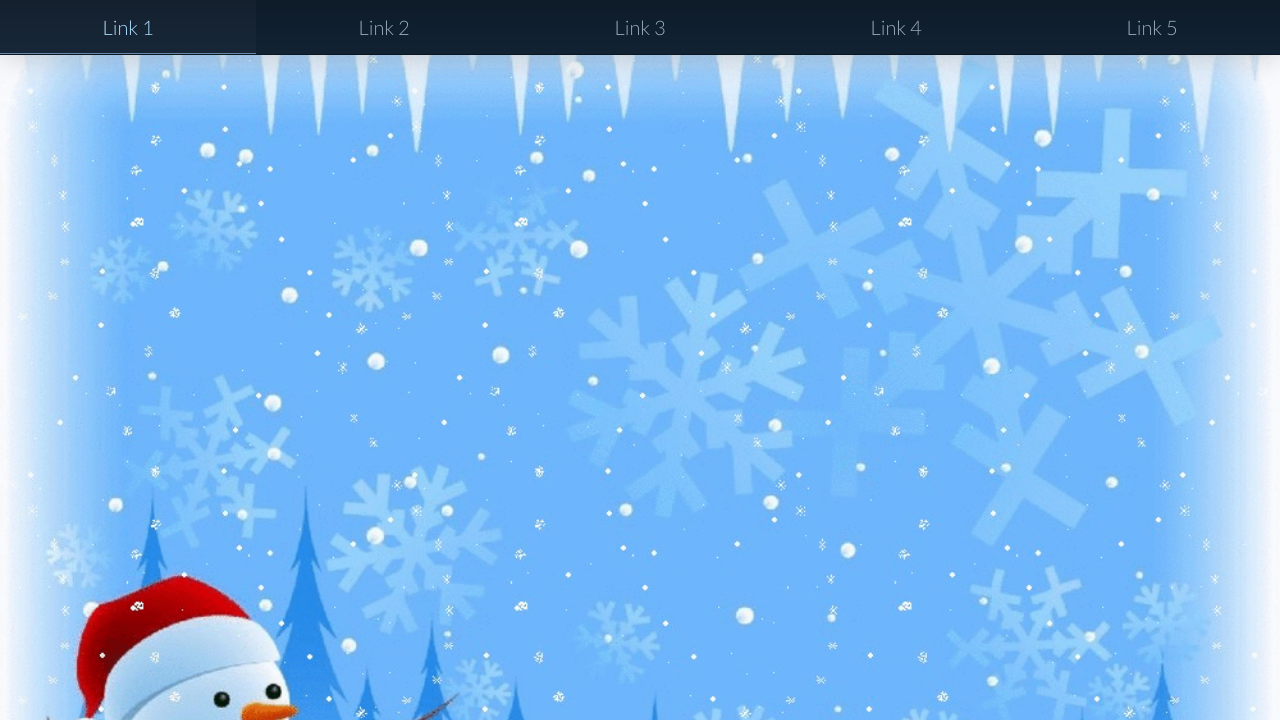
Repository: imranjukic/interni-hakaton
Page: index.html
An editor plug-in stored every save of this project. The page is shown before and after the next save, followed by the edit.
The browser window is 1280 px wide. The pictures show the whole page.

Above is the page before, as saved 2019-11-10 00:41:16.

After the next save:
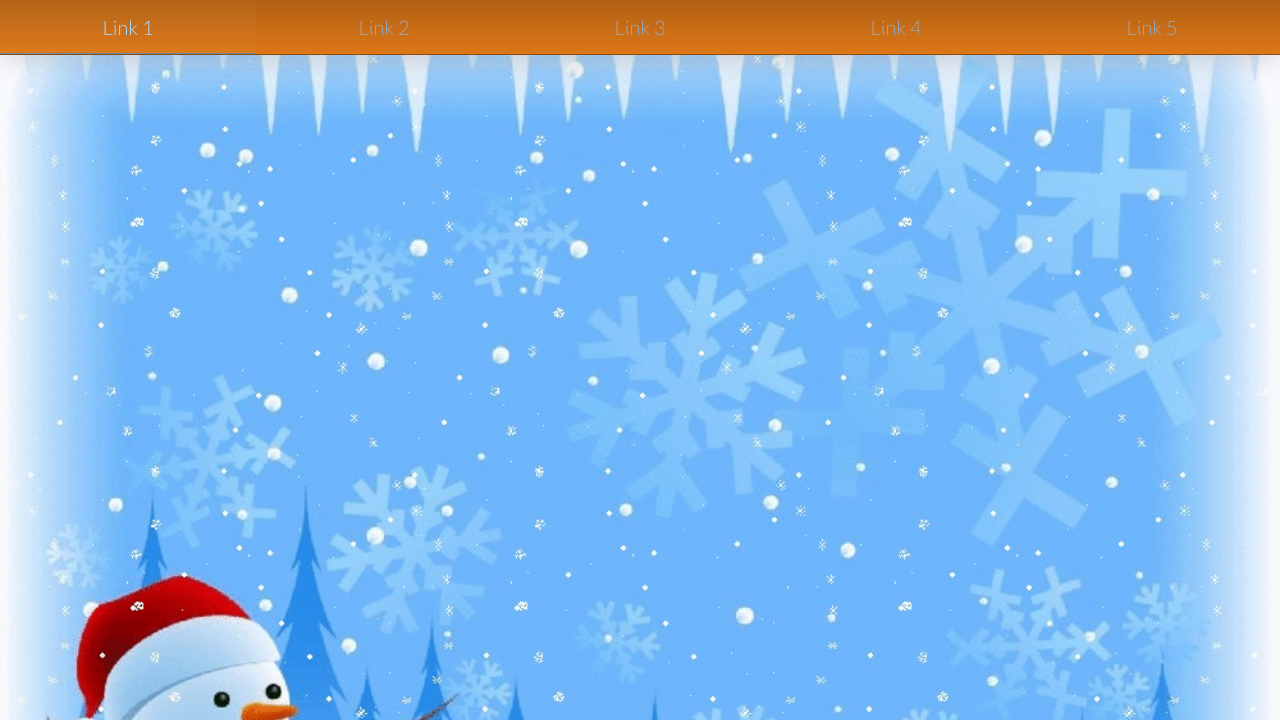
Saved 10 min 22 s later.
--- a/style.css
+++ b/style.css
@@ -12,6 +12,7 @@
 	color: #eee;
 	font-family: 'Lato', sans-serif;
 	font-size: 62.5%;
+	padding: 0 20px;
     box-sizing: border-box;
 }
 code {
@@ -23,7 +24,7 @@
 
 /* Appearance */
 .links {
-	background-color: #123;
+	background-color: rgb(221, 119, 23);
 	background-image: linear-gradient(to bottom, #0003, transparent);
 	border-bottom: 1px solid #0003;
 	box-shadow: 0 0 32px #0003;
